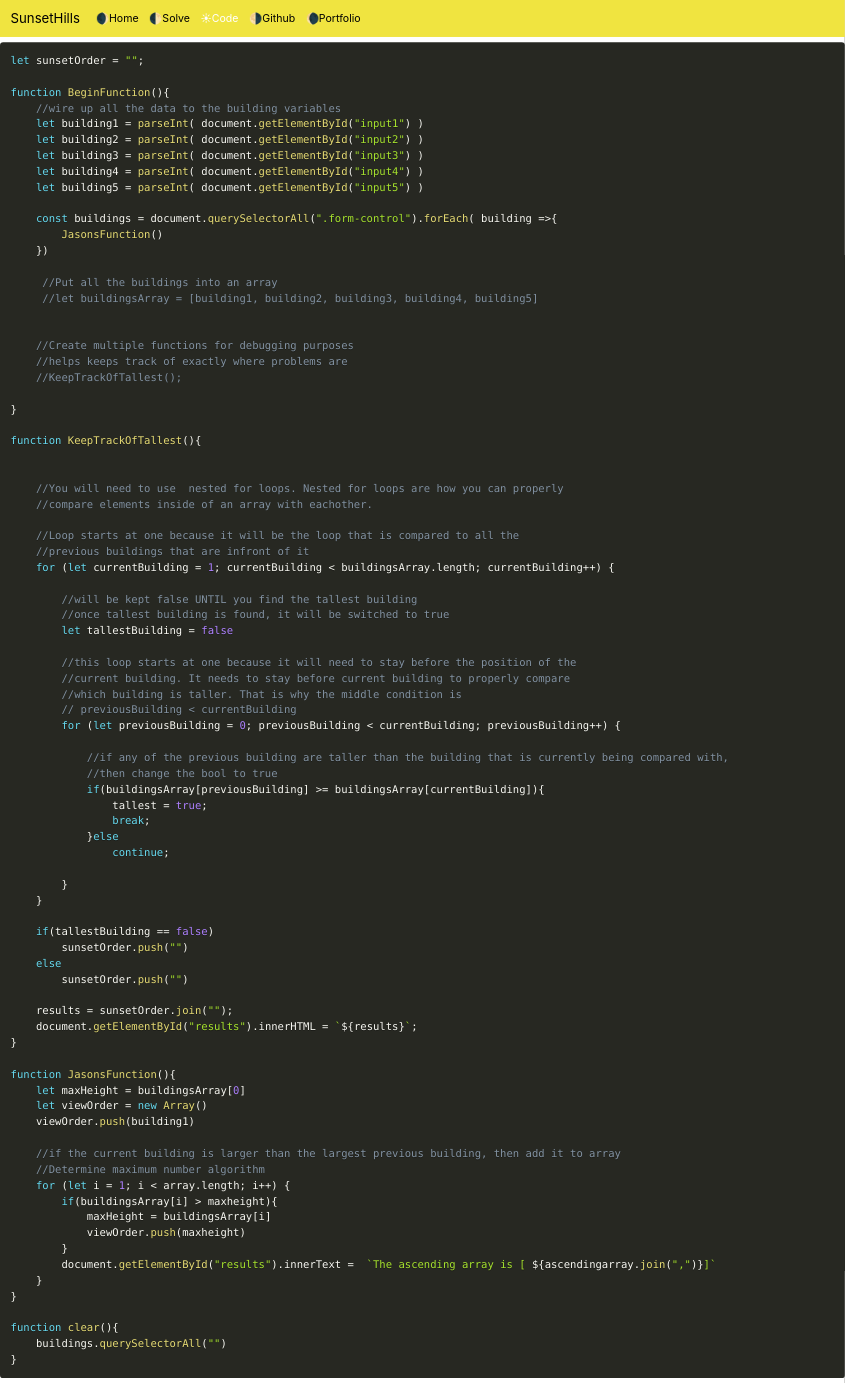
Repository: zhadjah9559/SunsetHills
Page: code.html
An editor plug-in stored every save of this project. The page is shown before and after the next save, followed by the edit.
The browser window is 1280 px wide. The pictures show the whole page, at 66% of full size.

Above is the page before, as saved 2021-01-14 17:18:40.

After the next save:
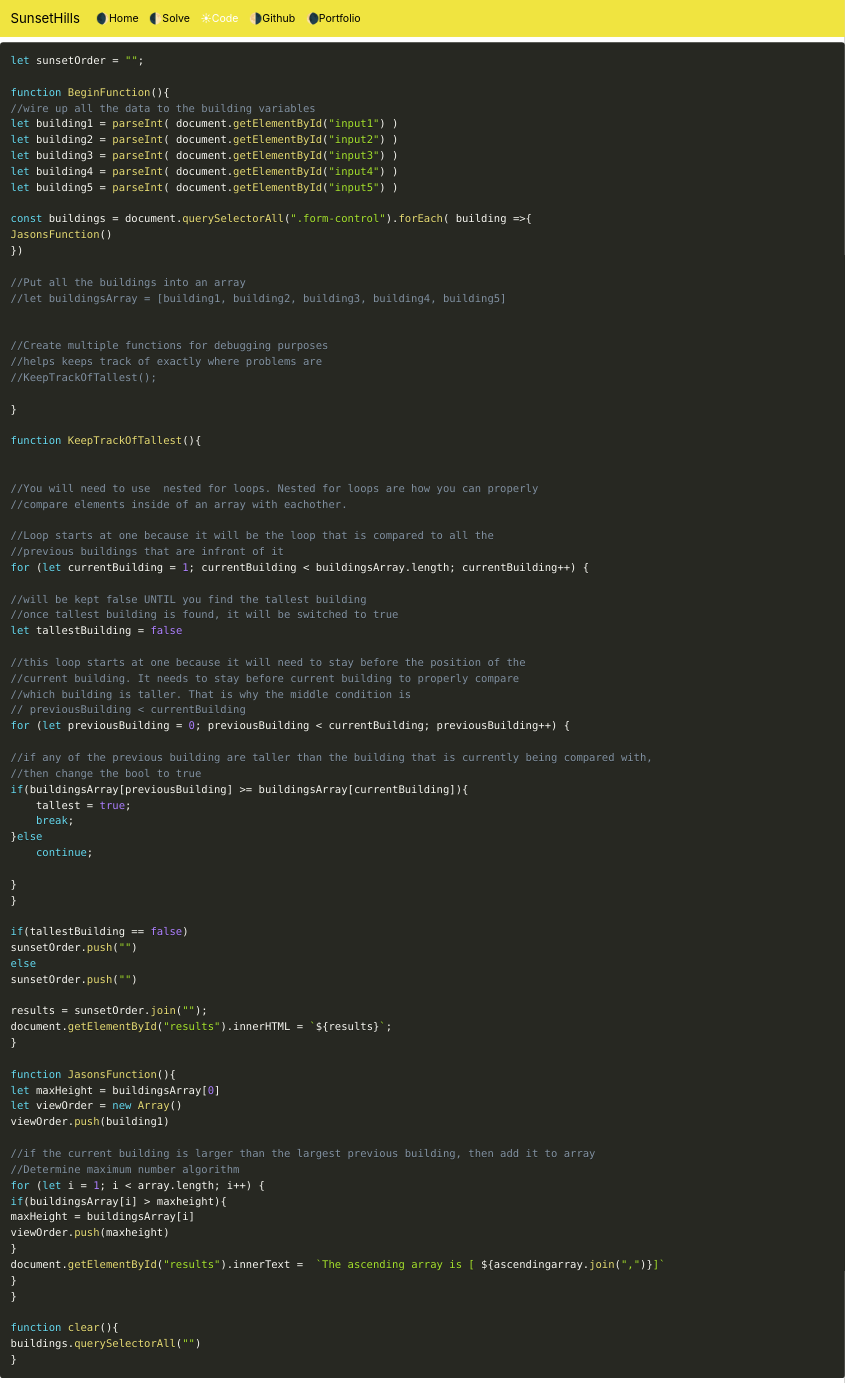
Saved 39 s later.
--- a/code.html
+++ b/code.html
@@ -46,85 +46,85 @@
             let sunsetOrder = "";
 
 function BeginFunction(){
-    //wire up all the data to the building variables
-    let building1 = parseInt( document.getElementById("input1") )
-    let building2 = parseInt( document.getElementById("input2") )
-    let building3 = parseInt( document.getElementById("input3") )
-    let building4 = parseInt( document.getElementById("input4") )
-    let building5 = parseInt( document.getElementById("input5") )
+//wire up all the data to the building variables
+let building1 = parseInt( document.getElementById("input1") )
+let building2 = parseInt( document.getElementById("input2") )
+let building3 = parseInt( document.getElementById("input3") )
+let building4 = parseInt( document.getElementById("input4") )
+let building5 = parseInt( document.getElementById("input5") )
 
-    const buildings = document.querySelectorAll(".form-control").forEach( building =>{
-        JasonsFunction()
-    })
+const buildings = document.querySelectorAll(".form-control").forEach( building =>{
+JasonsFunction()
+})
 
-     //Put all the buildings into an array
-     //let buildingsArray = [building1, building2, building3, building4, building5]
+//Put all the buildings into an array
+//let buildingsArray = [building1, building2, building3, building4, building5]
 
 
-    //Create multiple functions for debugging purposes
-    //helps keeps track of exactly where problems are
-    //KeepTrackOfTallest();
+//Create multiple functions for debugging purposes
+//helps keeps track of exactly where problems are
+//KeepTrackOfTallest();
 
 }
 
 function KeepTrackOfTallest(){
 
 
-    //You will need to use  nested for loops. Nested for loops are how you can properly
-    //compare elements inside of an array with eachother.
+//You will need to use  nested for loops. Nested for loops are how you can properly
+//compare elements inside of an array with eachother.
 
-    //Loop starts at one because it will be the loop that is compared to all the
-    //previous buildings that are infront of it
-    for (let currentBuilding = 1; currentBuilding < buildingsArray.length; currentBuilding++) {
+//Loop starts at one because it will be the loop that is compared to all the
+//previous buildings that are infront of it
+for (let currentBuilding = 1; currentBuilding < buildingsArray.length; currentBuilding++) {
 
-        //will be kept false UNTIL you find the tallest building
-        //once tallest building is found, it will be switched to true
-        let tallestBuilding = false
+//will be kept false UNTIL you find the tallest building
+//once tallest building is found, it will be switched to true
+let tallestBuilding = false
 
-        //this loop starts at one because it will need to stay before the position of the
-        //current building. It needs to stay before current building to properly compare
-        //which building is taller. That is why the middle condition is
-        // previousBuilding < currentBuilding
-        for (let previousBuilding = 0; previousBuilding < currentBuilding; previousBuilding++) {
+//this loop starts at one because it will need to stay before the position of the
+//current building. It needs to stay before current building to properly compare
+//which building is taller. That is why the middle condition is
+// previousBuilding < currentBuilding
+for (let previousBuilding = 0; previousBuilding < currentBuilding; previousBuilding++) {
 
-            //if any of the previous building are taller than the building that is currently being compared with,
-            //then change the bool to true
-            if(buildingsArray[previousBuilding] >= buildingsArray[currentBuilding]){
-                tallest = true;
-                break;
-            }else
-                continue;
+//if any of the previous building are taller than the building that is currently being compared with,
+//then change the bool to true
+if(buildingsArray[previousBuilding] >= buildingsArray[currentBuilding]){
+    tallest = true;
+    break;
+}else
+    continue;
 
-        }
-    }
+}
+}
 
-    if(tallestBuilding == false)
-        sunsetOrder.push("")
-    else
-        sunsetOrder.push("")
+if(tallestBuilding == false)
+sunsetOrder.push("")
+else
+sunsetOrder.push("")
 
-    results = sunsetOrder.join("");
-    document.getElementById("results").innerHTML = `${results}`;
+results = sunsetOrder.join("");
+document.getElementById("results").innerHTML = `${results}`;
 }
 
 function JasonsFunction(){
-    let maxHeight = buildingsArray[0]
-    let viewOrder = new Array()
-    viewOrder.push(building1)
+let maxHeight = buildingsArray[0]
+let viewOrder = new Array()
+viewOrder.push(building1)
 
-    //if the current building is larger than the largest previous building, then add it to array
-    //Determine maximum number algorithm
-    for (let i = 1; i < array.length; i++) {
-        if(buildingsArray[i] > maxheight){
-            maxHeight = buildingsArray[i]
-            viewOrder.push(maxheight)
-        }
-        document.getElementById("results").innerText =  `The ascending array is [ ${ascendingarray.join(",")}]`
-    }
+//if the current building is larger than the largest previous building, then add it to array
+//Determine maximum number algorithm
+for (let i = 1; i < array.length; i++) {
+if(buildingsArray[i] > maxheight){
+maxHeight = buildingsArray[i]
+viewOrder.push(maxheight)
+}
+document.getElementById("results").innerText =  `The ascending array is [ ${ascendingarray.join(",")}]`
+}
 }
 
 function clear(){
-    buildings.querySelectorAll("")
+buildings.querySelectorAll("")
 }
         </code>
     </pre>
